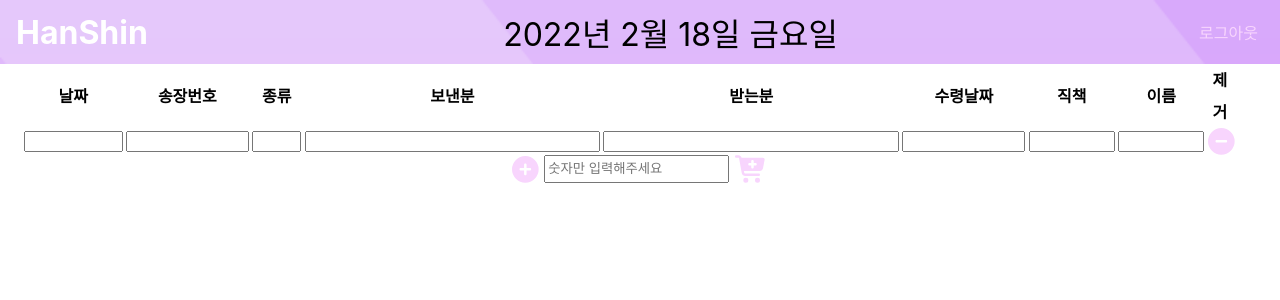
Repository: SeungYn/hanshinClient
Page: /add
The author's editor kept a copy of each file at every save. The page is drawn from the files as they stood at one save, then again after the next save.
The browser window is 1280 px wide. The pictures show the whole page.
The project was rebuilt for these pictures with package versions that can differ from the ones it lists, and the page was loaded fresh each time. Also part of the build but not shown: src/App.css, src/components/item/item.jsx, src/components/package/package.jsx.

Above is the page before, as saved 2022-02-20 12:54:39.

### public/index.html
<!DOCTYPE html>
<html lang="en">
  <head>
    <meta charset="utf-8" />
    <link rel="icon" href="%PUBLIC_URL%/favicon.ico" />
    <meta name="viewport" content="width=device-width, initial-scale=1" />
    <meta name="theme-color" content="#000000" />
    <meta
      name="description"
      content="Web site created using create-react-app"
    />
  </head>
  <body>
    <div id="root"></div>
  </body>
</html>

### src/index.js
import React from 'react';
import ReactDOM from 'react-dom';
import './index.css';
import App from './App';
import { BrowserRouter } from 'react-router-dom';
ReactDOM.render(
  <React.StrictMode>
    <BrowserRouter>
      <App />
    </BrowserRouter>
  </React.StrictMode>,
  document.getElementById('root')
);

### src/index.css
html {
  height: 100%;
}
body {
  margin: 0;
  font-family: -apple-system, BlinkMacSystemFont, 'Segoe UI', 'Roboto', 'Oxygen',
    'Ubuntu', 'Cantarell', 'Fira Sans', 'Droid Sans', 'Helvetica Neue',
    sans-serif;
  -webkit-font-smoothing: antialiased;
  -moz-osx-font-smoothing: grayscale;
  height: 100%;
}
h1 {
  margin: 0;
}
code {
  font-family: source-code-pro, Menlo, Monaco, Consolas, 'Courier New',
    monospace;
}

* {
  box-sizing: border-box;
}
p,
h2 {
  margin: 0;
  padding: 0;
}

ul {
  list-style: none;
  margin: 0;
  padding: 0;
}

### src/App.jsx
import './App.css';
import Header from './components/header/header';
import Package from './components/package/package';
import { Route, Routes } from 'react-router-dom';
import AddBoxs from './addboxs/addBoxs';
function App() {
  return (
    <div className='app'>
      <Header />
      <Routes>
        <Route exact path='/' element={<Package />} />
        <Route exact path='/add' element={<AddBoxs />} />
      </Routes>
    </div>
  );
}

export default App;

### src/components/header/header.jsx
import React, { useEffect, useState } from 'react';
import styles from './header.module.css';

const Header = (props) => {
  const [date, setDate] = useState(new Date());
  const [month, setMonth] = useState('');
  const [year, setYear] = useState('');
  const [day, setDay] = useState('');
  const [dates, setDates] = useState('');

  useEffect(() => {
    setMonth(date.getMonth() + 1);
    switch (date.getDay()) {
      case 0:
        setDay('일');
        break;
      case 1:
        setDay('월');
        break;
      case 2:
        setDay('화');
        break;
      case 3:
        setDay('수');
        break;
      case 4:
        setDay('목');
        break;
      case 5:
        setDay('금');
        break;
      case 6:
        setDay('토');
        break;
    }
    setYear(date.getFullYear());
    setDates(date.getDate());
  }, [date, month, year, dates, day]);

  return (
    <header className={styles.header}>
      <h1 className={styles.title}>HanShin</h1>
      <p
        className={styles.day}
      >{`${year}년 ${month}월 ${dates}일 ${day}요일`}</p>
      <nav className={styles.menu}>
        <button className={styles.menu__item}>로그아웃</button>
      </nav>
    </header>
  );
};

export default Header;

### src/addboxs/addBoxs.jsx
import React, { useRef, useState } from 'react';
import styles from './addBoxs.module.css';
import { FontAwesomeIcon } from '@fortawesome/react-fontawesome';
import {
  faCirclePlus,
  faCartPlus,
  faCircleMinus,
} from '@fortawesome/free-solid-svg-icons';

const AddBoxs = (props) => {
  const [boxList, setBoxList] = useState([
    {
      date: '',
      boxId: '',
      kind: '',
      sender: '',
      receiver: '',
      receivedDate: '',
      position: '',
      name: '',
    },
  ]);

  const countRef = useRef();

  const onSubmit = (e) => {
    e.console.log(1);
  };

  const onChange = (event, index) => {
    const boxs = [...boxList];
    const name = event.currentTarget.name;
    const value = event.currentTarget.value;

    boxs[index][name] = value;
    setBoxList(boxs);

    // switch (name) {
    //   case 'date':
    //     boxs[index][name] = value;
    //     return setBoxList(boxs);
    //   case 'kind':
    //     boxs[index][name] = value;
    //     return setBoxList(boxs);
    //   case 'sender':
    //     boxs[index][name] = value;
    //     return setBoxList(boxs);
    //   case 'receiver':
    //     boxs[index][name] = value;
    //     return setBoxList(boxs);
    //   case 'receivedDate':
    //     boxs[index][name] = value;
    //     return setBoxList(boxs);
    //   case 'position':
    //     boxs[index][name] = value;
    //     return setBoxList(boxs);
    //   case 'name':
    //     boxs[index][name] = value;
    //     return setBoxList(boxs);
    // }
  };

  const onAdd = () => {
    setBoxList([
      ...boxList,
      {
        date: '',
        boxId: '',
        kind: '',
        sender: '',
        receiver: '',
        receivedDate: '',
        position: '',
        name: '',
      },
    ]);
  };

  const onMultiAdd = () => {
    const count = countRef.current.value;
    console.log(countValidation());
    if (!countValidation()) return;
    else {
      const boxs = [...boxList];
      for (let i = 0; i < count; i++) {
        boxs.push({
          date: '',
          boxId: '',
          kind: '',
          sender: '',
          receiver: '',
          receivedDate: '',
          position: '',
          name: '',
        });
      }
      setBoxList(boxs);
    }
  };

  const onRemove = (event, index) => {
    const boxs = [...boxList];
    boxs.splice(index, 1);
    setBoxList(boxs);
  };

  //count 검사
  const countValidation = () => {
    const count = countRef.current.value;
    console.log(countRef);
    if (!isNaN(count)) {
      if (count > 20) {
        countRef.current.style.borderColor = 'red';
        countRef.current.value = '';
        countRef.current.placeholder = '한번에 20개 까지만 추가가능';
        return false;
      }
    } else {
      countRef.current.style.borderColor = 'red';
      countRef.current.value = '';
      countRef.current.placeholder = '숫자만 입력해주세요';
    }
  };

  return (
    <section className={styles.addContainer}>
      <form onSubmit={onSubmit} className={styles.addForm}>
        <div className={styles.items}>
          <h2 className={styles.item}>날짜</h2>
          <h2 className={styles.item}>송장번호</h2>
          <h2 className={styles.item}>종류</h2>
          <h2 className={styles.item}>보낸분</h2>
          <h2 className={styles.item}>받는분</h2>
          <h2 className={styles.item}>수령날짜</h2>
          <h2 className={styles.item}>직책</h2>
          <h2 className={styles.item}>이름</h2>
          <h2 className={styles.item}>제거</h2>
        </div>
        {boxList.map((box, index) => {
          return (
            <div className={styles.items} key={index}>
              <input
                type='text'
                name='date'
                onChange={(event) => onChange(event, index)}
                value={box.date}
              />
              <input
                type='text'
                name='boxId'
                onChange={(event) => onChange(event, index)}
                value={box.boxId}
              />
              <input
                type='text'
                name='kind'
                onChange={(event) => onChange(event, index)}
                value={box.kind}
              />
              <input
                type='text'
                name='sender'
                onChange={(event) => onChange(event, index)}
                value={box.sender}
              />
              <input
                type='text'
                name='receiver'
                onChange={(event) => onChange(event, index)}
                value={box.receiver}
              />
              <input
                type='text'
                name='receivedDate'
                onChange={(event) => onChange(event, index)}
                value={box.receivedDate}
              />
              <input
                type='text'
                name='position'
                onChange={(event) => onChange(event, index)}
                value={box.position}
              />
              <input
                type='text'
                name='name'
                onChange={(event) => onChange(event, index)}
                value={box.name}
              />
              <button
                type='button'
                className={`${styles.addBtn} ${styles.minus}`}
                onClick={(event) => onRemove(event, index)}
              >
                <FontAwesomeIcon icon={faCircleMinus} size='2x' />
              </button>
            </div>
          );
        })}
      </form>
      <div className={styles.bottomBtn}>
        <button className={`${styles.addBtn}`} onClick={onAdd}>
          <FontAwesomeIcon icon={faCirclePlus} size='2x' />
        </button>
        <input
          type='text'
          name='count'
          ref={countRef}
          placeholder='숫자만 입력해주세요'
        />
        <button className={styles.addBtn} onClick={onMultiAdd}>
          <FontAwesomeIcon icon={faCartPlus} size='2x' />
        </button>
      </div>
    </section>
  );
};

export default AddBoxs;

### src/components/header/header.module.css
header {
  background: no-repeat url('./backimg.png');
  background-size: cover;
  height: 4rem;
  display: flex;
  justify-content: space-between;
  align-items: center;
  padding: 0.1rem 1rem;
}

.title {
  color: white;
}
.day {
  font-size: 2rem;
}
.menu__item {
  border: 0;
  background: none;
  font-size: 1rem;
}

### src/components/package/package.module.css
.package {
  width: 100%;
  height: 100%;
  display: flex;
  flex-direction: column;
  align-items: center;
}

.navbar {
  display: flex;
  justify-content: center;
  color: #ab74f7;
  width: 100%;
}

.navbar__item {
  text-align: center;
  line-height: 1.5rem;
  font-size: 1.5rem;
  flex-basis: 5rem;
  background-color: #fef6ff;
  padding: 0.5rem;
}

.navbar__item:hover {
  background-color: #ab74f7;
  color: #fef6ff;
  cursor: pointer;
}

.itemList {
  height: 100%;
  display: grid;
  grid-auto-rows: minmax(2rem, auto);
}

.items {
  display: grid;
  grid-template-columns: 8% 10% 5% 27% 27% 8% 7% 7%;
  height: 2rem;
}

h2 {
  text-align: center;
  line-height: 2rem;
}

.contents {
  width: 90%;
}

### src/addboxs/addBoxs.module.css
input:focus {
  outline: none;
}

.addContainer {
  width: 100%;
  height: 100%;
  display: flex;
  flex-direction: column;
  align-items: center;
}

.addFormHeader {
  width: 100%;
  display: grid;
  grid-template-columns: 8% 9% 4% 24% 24% 9% 7% 7% 4%;
  height: 2rem;
  justify-content: center;
}

.item {
  font-size: 1rem;
}

.addForm {
  width: 100%;
  height: 100%;
  padding: 1rem;
  padding: 0 1.5rem;
}
/* 8% 10% 5% 27% 27% 8% 7% 7%; */
.items {
  display: grid;
  grid-template-columns: 8% 10% 4% 24% 24% 10% 7% 7% 2%;
  align-items: center;
  grid-gap: 0.2rem;
}
.minus {
  padding: 0;
}
button {
  background-color: transparent;
  border: none;
  color: #f8d5fd;
}

.bottomBtn {
  display: flex;
}

.addBtn:hover {
  cursor: pointer;
  color: #e5a3ff;
}

.test {
  width: 112px;
}

### src/components/item/item.module.css
.items {
  display: grid;
  grid-template-columns: 8% 10% 5% 27% 27% 8% 7% 7%;
  align-items: center;
  border: 1px solid black;
}

.items:hover {
  background-color: #fef6ff;
}

p {
  /* 크기를 넘기면 자동으로 줄바꿈 */
  text-align: center;
  overflow-wrap: break-word;
}

After the next save:
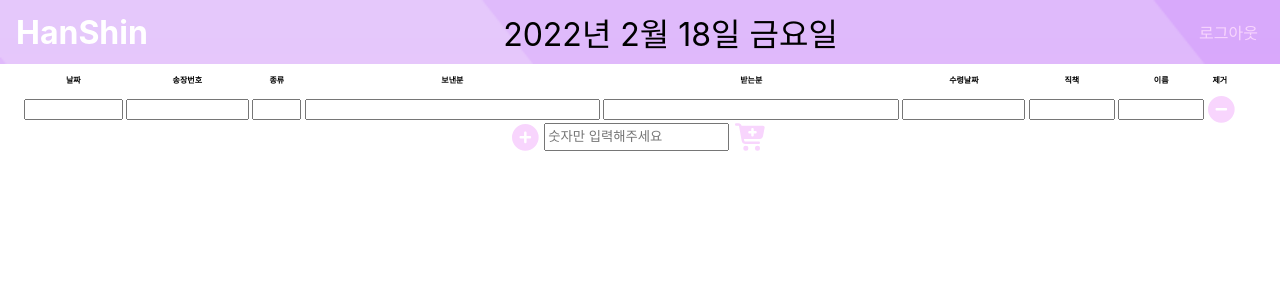
Saved 4 s later.
--- a/src/addboxs/addBoxs.module.css
+++ b/src/addboxs/addBoxs.module.css
@@ -19,7 +19,7 @@ input:focus {
 }
 
 .item {
-  font-size: 1rem;
+  font-size: 0.5rem;
 }
 
 .addForm {
